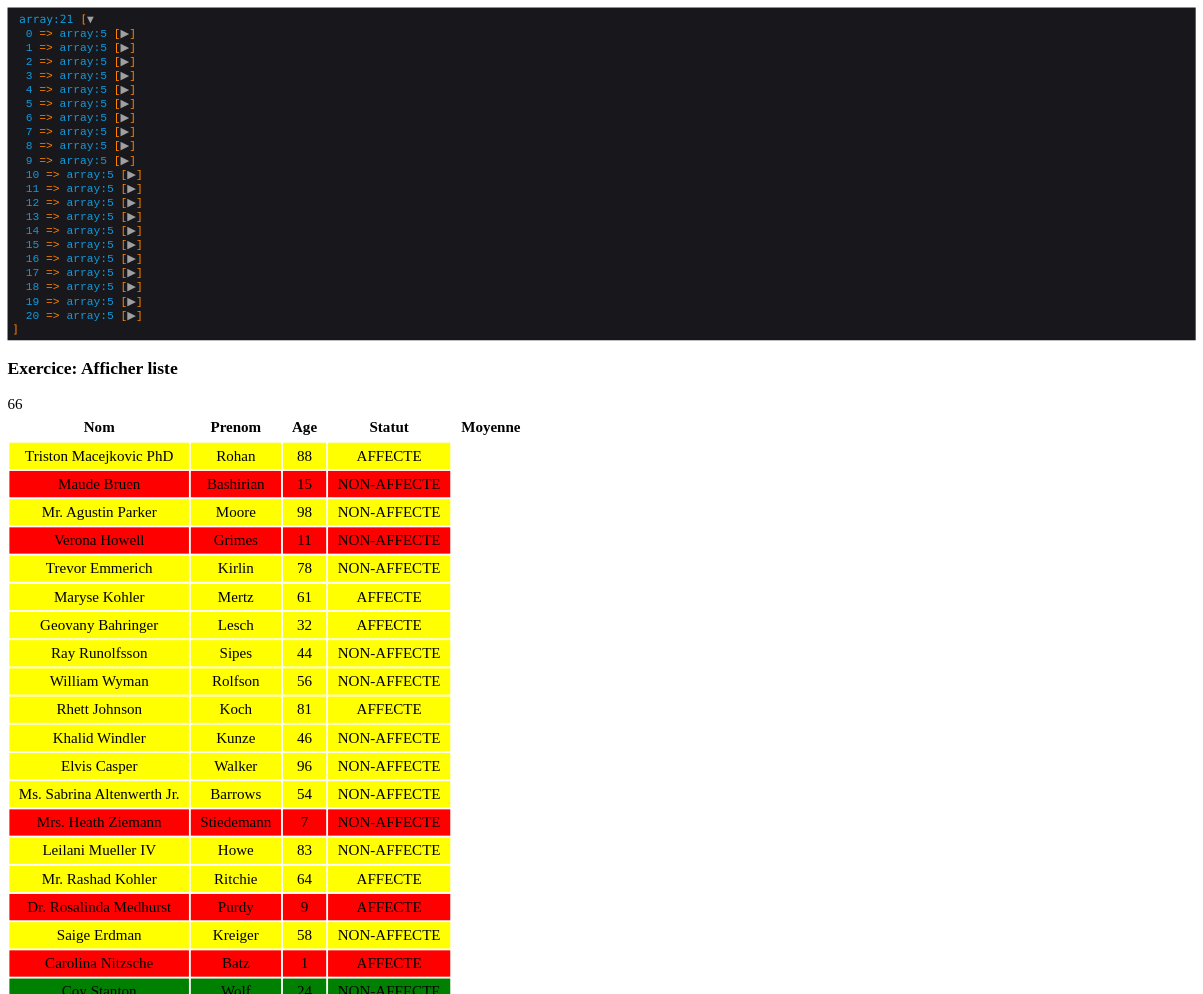
Repository: Bfabien99/PHPREPO
Page: http://localhost/
These files come from the project's save history. The page is drawn as it stood at one moment and after the next save; the edit follows.
The browser window is 1280 px wide. The pictures show the whole page, at 94% of full size.
The page is run by PHP 8.4 with error messages shown; the project is at /var/www/html/.

Above is the page before, as saved 2021-12-10 11:17:39.

After the next save:
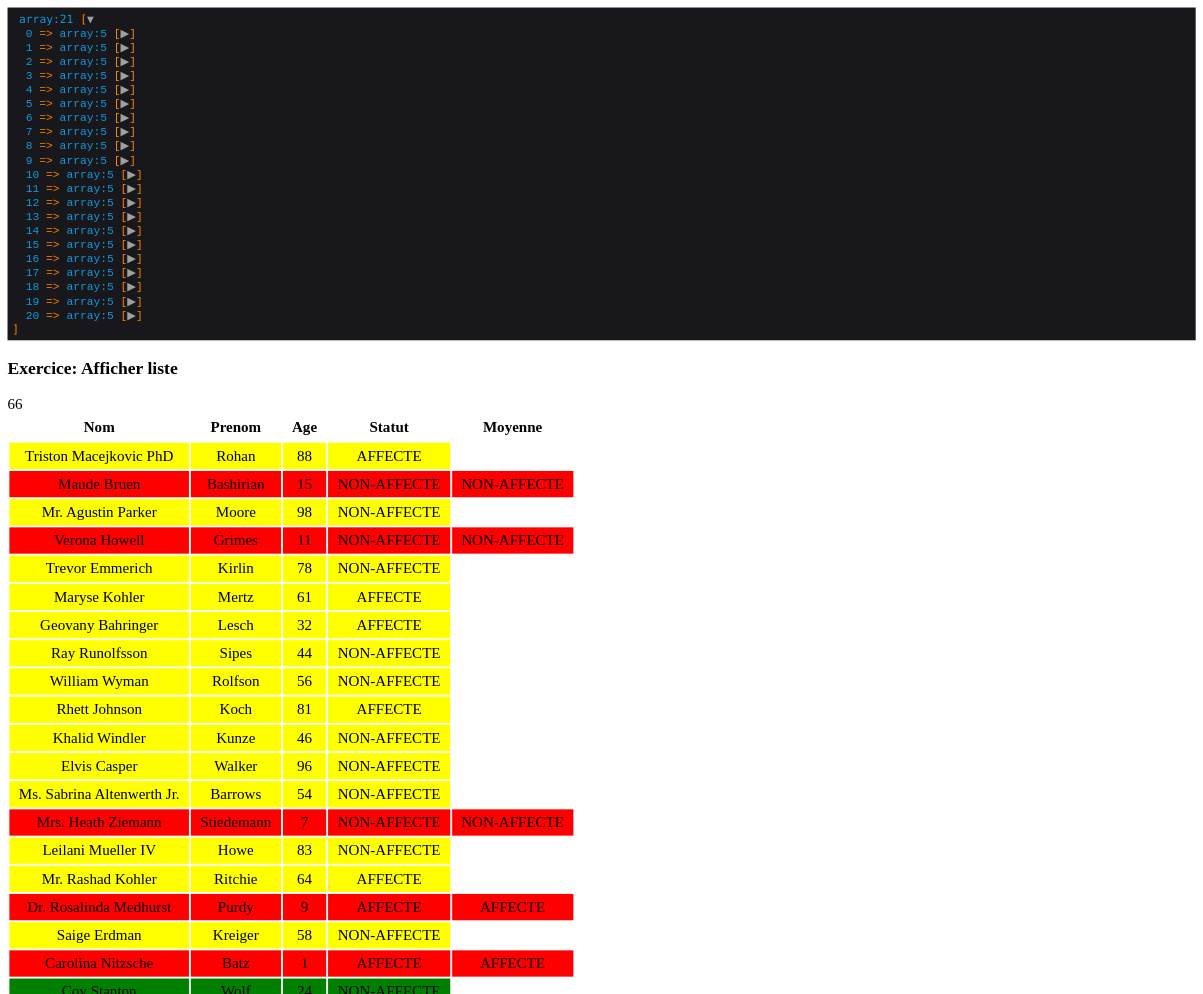
Saved 13 s later.
--- a/MakeFakeData/src/index.php
+++ b/MakeFakeData/src/index.php
@@ -81,6 +81,7 @@ dump($list);
                     <td>'.$value["prenom"].'</td>
                     <td>'.$value["age"].'</td>
                     <td>'.$value["statut"].'</td>
+					<td>'.$value["statut"].'</td>
                     </tr>';
 					break;
                 case ($age > 18 && $age < 25):
